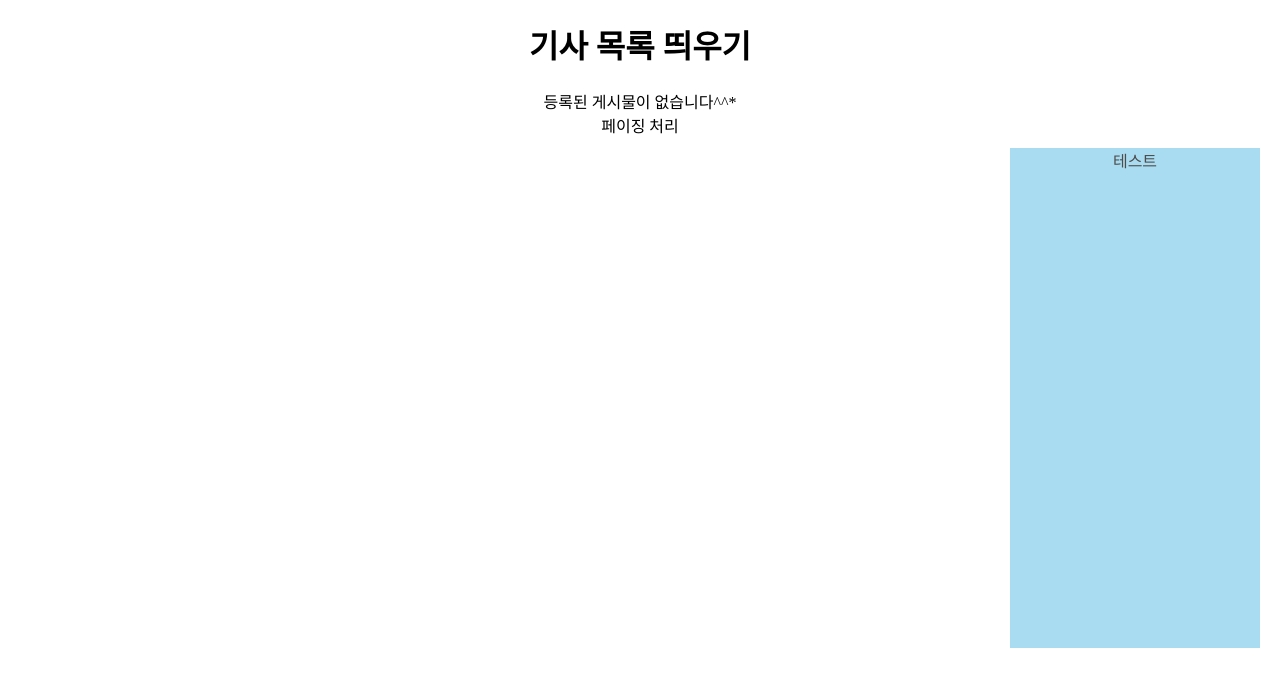
Repository: Jadeyj-713/miniproject2
Page: http://localhost/yeogi/pList.do
The author's editor kept a copy of each file at every save. The page is drawn from the files as they stood at one save, then again after the next save.
The browser window is 1280 px wide. The pictures show the whole page.
The page is served by Tomcat 9. Other server files are loaded and not shown. Queries for data that is not in the repository find no rows.

Above is the page before, as saved 2025-04-01 07:28:58.

### yeogi/src/main/webapp/mini2/pList.jsp
<%@ page language="java" contentType="text/html; charset=UTF-8"
    pageEncoding="UTF-8"%>
    <%@ taglib prefix="c" uri="http://java.sun.com/jsp/jstl/core" %>
<!DOCTYPE html>
<html>
<head>
<meta charset="UTF-8">
<title>test</title>
<style>
	body{margin:0; padding:0; text-align:center;}
    .bordertest{
        border: 1px solid darkblue;
        clear: both;
        margin-left: 20vh;
        margin-right: 20vh;
        max-width: 800px;
    }
    img{
    	float: left;
    	width: 150px;
        height: 150px;
        line-height: 150px;
        border: 1px solid black;
    }
		#absolutePanel{
			position: fixed;
			right: 20px;
			bottom: 10vh;
			width: 250px;
			height: 500px;
			background-color: skyblue;
			opacity: 70%;
		}

    /* 스마트폰 모드 (최대 너비 576px) */
    @media (max-width: 576px) {
    /* 스마트폰 모드에 적용할 CSS 스타일 */
        .bordertest{margin: 0;}
        img{border-color: yellow;}
    }

    /* 태블릿 및 스마트폰 모드 (최대 너비 768px) */
    @media (max-width: 768px) {
    /* 태블릿 및 스마트폰 모드에 적용할 CSS 스타일 */
        .bordertest{margin: 0;}
        img{border-color: red;}
    }

</style>
</head>
<body>
 <h1>기사 목록 띄우기</h1>
 <c:choose>
 <c:when test="${ empty boardLists }">
 	등록된 게시물이 없습니다^^*
 </c:when>

 <c:otherwise>
	 <c:forEach items="${boardLists }" var="post">
	    <div class="bordertest">
	        <img src="../mini2/imgs/default.png" alt="로드실패">
	        <div>
	            <h2>${post.title}</h2>
	            <p>${post.country}</p>
	            <p>${post.tag}</p>
	            <p>기사내용 : ${post.content}<br>
	            	글 번호 : ${post.idx }</p>
	        </div>
	    </div>
	 </c:forEach>
 </c:otherwise>

 </c:choose>
	<div>
		<%-- ${ map.pagingImg } --%>
		페이징 처리<br>
		${ map.pagingImg }
	</div>

	<div id="absolutePanel">
<%-- 	<c:forEach items="${ }" var="best">
		<div class="aP">
			<img src="" alt="사진">
			${best.title}
		</div>
	</c:forEach> --%>
		테스트
	</div>


</body>
</html>

### yeogi/src/main/java/com/yeogi/controller/pListController.java
package com.yeogi.controller;

import java.io.IOException;
import java.util.HashMap;
import java.util.List;
import java.util.Map;

import javax.servlet.ServletException;
import javax.servlet.annotation.WebServlet;
import javax.servlet.http.HttpServlet;
import javax.servlet.http.HttpServletRequest;
import javax.servlet.http.HttpServletResponse;

import com.yeogi.dao.PostDAO;
import com.yeogi.dto.PostDTO;

import util.Pageing;

/**
 * Servlet implementation class pListController
 */
@WebServlet("/pList.do")
public class pListController extends HttpServlet {
	private static final long serialVersionUID = 1L;

    /**
     * @see HttpServlet#HttpServlet()
     */
    public pListController() {
        super();
        // TODO Auto-generated constructor stub
    }

	/**
	 * @see HttpServlet#doGet(HttpServletRequest request, HttpServletResponse response)
	 */
	@Override
	protected void doGet(HttpServletRequest req, HttpServletResponse resp) throws ServletException, IOException {
		 // DAO 생성
	       PostDAO dao = new PostDAO();

	        // 뷰에 전달할 매개변수 저장용 맵 생성
	        Map<String, Object> map = new HashMap<>();

	        //검색
//	        String searchField = req.getParameter("searchField");
//	        String searchWord = req.getParameter("searchWord");
//	        if (searchWord != null) {
//	            // 쿼리스트링으로 전달받은 매개변수 중 검색어가 있다면 map에 저장
//	            map.put("searchField", searchField);
//	            map.put("searchWord", searchWord);
//	        }

	        int totalCount = dao.selectCount(map);  // 게시물 개수

	        /* 페이지 처리 start */
//	        ServletContext application = getServletContext();
//	        int pageSize = Integer.parseInt(application.getInitParameter("POSTS_PER_PAGE"));
//	        int blockPage = Integer.parseInt(application.getInitParameter("PAGES_PER_BLOCK"));

	        int pageSize = 10; //한 페이지에 출력할 글의 갯수
	        int blockPage = 5; //페이지 번호의 갯수 1,2,3,4,5

	        // 현재 페이지 확인
	        int pageNum = 1;  // 기본값
	        String pageTemp = req.getParameter("pageNum");
	        if (pageTemp != null && !pageTemp.equals(""))
	            pageNum = Integer.parseInt(pageTemp); // 요청받은 페이지로 수정

	        // 목록에 출력할 게시물 범위 계산
	        int start = (pageNum - 1) * pageSize + 1;  // 첫 게시물 번호
	        int end = pageNum * pageSize; // 마지막 게시물 번호
	        map.put("start", start);
	        map.put("end", end);
	        /* 페이지 처리 end */

	        List<PostDTO> boardLists = dao.selectListPage(map);  // 게시물 목록 받기
	        dao.close(); // DB 연결 닫기

	        // 뷰에 전달할 매개변수 추가
	        String pagingImg = Pageing.pagingStr(totalCount, pageSize,
	                blockPage, pageNum, "../pList.do");  // 바로가기 영역 HTML 문자열
	        System.out.println(pagingImg);
	        map.put("pagingImg", pagingImg);
	        map.put("totalCount", totalCount);
	        map.put("pageSize", pageSize);
	        map.put("pageNum", pageNum);

	        // 전달할 데이터를 request 영역에 저장 후 List.jsp로 포워드
	        req.setAttribute("boardLists", boardLists);
	        req.setAttribute("map", map);
	        req.getRequestDispatcher("/mini2/pList.jsp").forward(req, resp);
	}

	/**
	 * @see HttpServlet#doPost(HttpServletRequest request, HttpServletResponse response)
	 */
	@Override
	protected void doPost(HttpServletRequest request, HttpServletResponse response) throws ServletException, IOException {
		// TODO Auto-generated method stub
		doGet(request, response);
	}

}

### yeogi/src/main/java/conn/DBConnPool.java
package conn;

import java.sql.Connection;
import java.sql.PreparedStatement;
import java.sql.ResultSet;
import java.sql.Statement;

import javax.naming.Context;
import javax.naming.InitialContext;
import javax.sql.DataSource;

public class DBConnPool {
	public Connection con;
	public Statement stmt;
	public PreparedStatement psmt;
	public ResultSet rs;

	public DBConnPool() {
		try {
			Context initCtx = new InitialContext();
			Context ctx = (Context)initCtx.lookup("java:comp/env");
			DataSource source = (DataSource)ctx.lookup("jdbc/myoracle");
			// 커넥션 풀을 통해 연결 얻기.
			con = source.getConnection();

			System.out.println("DB 커넥션 풀 연결 성공");
		}catch (Exception e) {
			System.out.println("DB 커넥션 풀 연결 실패");
			e.printStackTrace();
		}
	}//생성자 끝
	// 연결 해제(자원 반납)
		public void close() {
			try {
				if (rs != null) rs.close();
				if (stmt != null) stmt.close();
				if (psmt != null) psmt.close();
				if (con != null) con.close();  // 자동으로 커넥션 풀로 반납됨

				System.out.println("DB 커넥션 풀 자원 반납");
			}
			catch (Exception e) {
				e.printStackTrace();
			}
		}

}

### yeogi/src/main/java/com/yeogi/dao/PostDAO.java
package com.yeogi.dao;

import java.io.Console;
import java.util.ArrayList;
import java.util.List;
import java.util.Map;

import com.yeogi.dto.PostDTO;

import conn.DBConnPool;

public class PostDAO extends DBConnPool{
	public PostDAO() {
		super();
	}

	// 검색 조건에 맞는 게시물의 개수를 반환합니다.
    public int selectCount(Map<String, Object> map) {
        int totalCount = 0;
        String query = "SELECT COUNT(*) FROM post";
//        if (map.get("searchWord") != null) {
//            query += " WHERE " + map.get("searchField") + " "
//                   + " LIKE '%" + map.get("searchWord") + "%'";
//        }
        try {
            stmt = con.createStatement();
            System.out.println(stmt);

            rs = stmt.executeQuery(query);
            rs.next();
            totalCount = rs.getInt(1);
        }
        catch (Exception e) {
            System.out.println("게시물 카운트 중 예외 발생");
            e.printStackTrace();
        }

        return totalCount;
    }
    public List<PostDTO> selectListPage(Map<String,Object> map) {
        List<PostDTO> board = new ArrayList<PostDTO>();
        String query = " "
//        				+ " SELECT * FROM post ";


                     + "SELECT * FROM ( "
                     + "    SELECT Tb.*, ROWNUM rNum FROM ( "
                     + "        SELECT * FROM post ";
        //검색을 하는 경우 where절 추가
//        if (map.get("searchWord") != null)
//        {
//            query += " WHERE " + map.get("searchField")
//                   + " LIKE '%" + map.get("searchWord") + "%' ";
//        }

        query += "        ORDER BY postid DESC "
               + "    ) Tb "
               + " ) "
               + " WHERE rNum BETWEEN ? AND ?";

        System.out.println(query);

        try {
            psmt = con.prepareStatement(query);
            psmt.setString(1, map.get("start").toString());
            psmt.setString(2, map.get("end").toString());
            rs = psmt.executeQuery();

            while (rs.next()) {
            	// Model 객체에 게시글 데이터 저장
            	PostDTO dto = new PostDTO();

                dto.setIdx(rs.getString(1));
                dto.setTitle(rs.getString(2));
                dto.setCountry(rs.getString(4));
                dto.setTag(rs.getString(3));
                dto.setContent(rs.getString(5));
                dto.setPostdate(rs.getDate(6));
//                dto.setOfile(rs.getString(6));
//                dto.setSfile(rs.getString(7));
//                dto.setDowncount(rs.getInt(8));
//                dto.setPass(rs.getString(9));
//                dto.setVisitcount(rs.getInt(10));

                board.add(dto); // list에 model 추가
            }
        }
        catch (Exception e) {
            System.out.println("게시물 조회 중 예외 발생");
            e.printStackTrace();
        }
        return board; // list 리턴
    }

}

### yeogi/src/main/java/util/Pageing.java
package util;

public class Pageing {
	 public static String pagingStr(int totalCount, int pageSize, int blockPage,
	            int pageNum, String reqUrl) {
	        String pagingStr = "";

	        // 단계 3 : 전체 페이지 수 계산
	        int totalPages = (int) (Math.ceil(((double) totalCount / pageSize)));

	        // 단계 4 : '이전 페이지 블록 바로가기' 출력
	        int pageTemp = (((pageNum - 1) / blockPage) * blockPage) + 1;
	        if (pageTemp != 1) {
	            pagingStr += "<a href='" + reqUrl + "?pageNum=1'>[첫 페이지]</a>";
	            pagingStr += "&nbsp;";
	            pagingStr += "<a href='" + reqUrl + "?pageNum=" + (pageTemp - 1)
	                         + "'>[이전 블록]</a>";
	        }

	        // 단계 5 : 각 페이지 번호 출력
	        int blockCount = 1;
	        while (blockCount <= blockPage && pageTemp <= totalPages) {
	            if (pageTemp == pageNum) {
	                // 현재 페이지는 링크를 걸지 않음
	                pagingStr += "&nbsp;" + pageTemp + "&nbsp;";
	            } else {
	                pagingStr += "&nbsp;<a href='" + reqUrl + "?pageNum=" + pageTemp
	                             + "'>" + pageTemp + "</a>&nbsp;";
	            }
	            pageTemp++;
	            blockCount++;
	        }

	        // 단계 6 : '다음 페이지 블록 바로가기' 출력
	        if (pageTemp <= totalPages) {
	            pagingStr += "<a href='" + reqUrl + "?pageNum=" + pageTemp
	                         + "'>[다음 블록]</a>";
	            pagingStr += "&nbsp;";
	            pagingStr += "<a href='" + reqUrl + "?pageNum=" + totalPages
	                         + "'>[마지막 페이지]</a>";
	        }

	        return pagingStr;
	    }
}

After the next save:
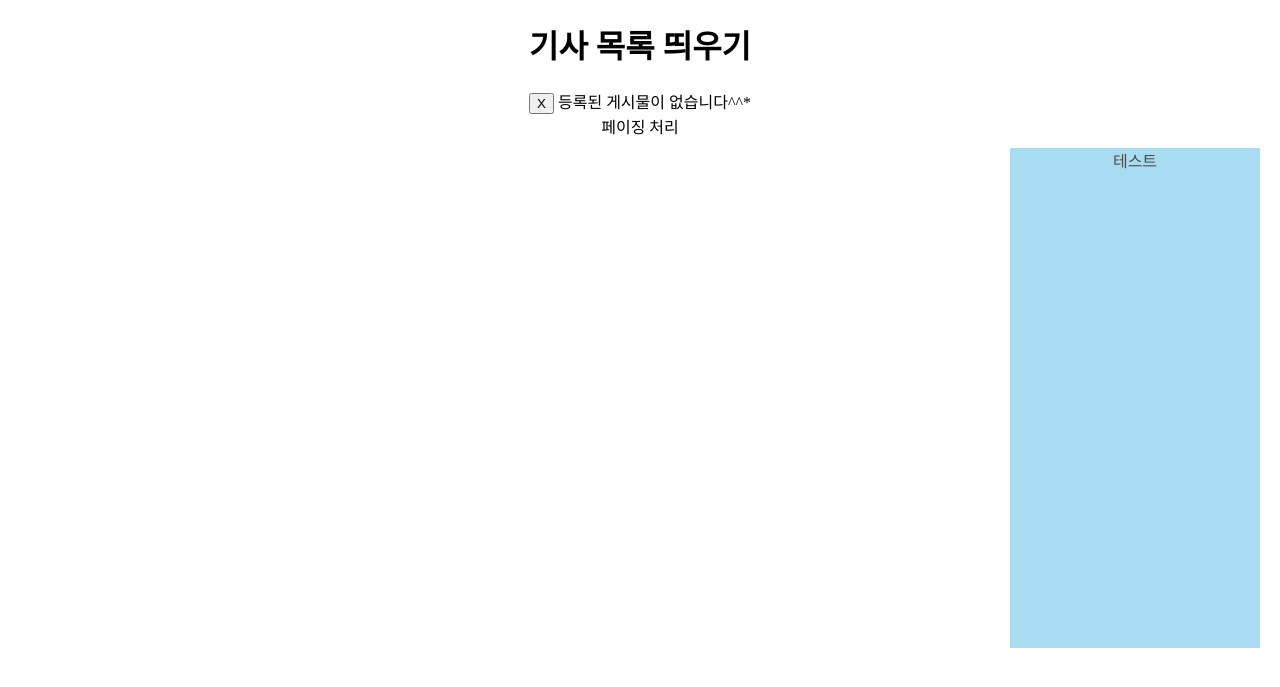
Saved 7 min 33 s later.
--- a/yeogi/src/main/webapp/mini2/pList.jsp
+++ b/yeogi/src/main/webapp/mini2/pList.jsp
@@ -50,6 +50,7 @@
 </head>
 <body>
  <h1>기사 목록 띄우기</h1>
+ <button type="button" id="delButton">X</button>
  <c:choose>
  <c:when test="${ empty boardLists }">
  	등록된 게시물이 없습니다^^*
